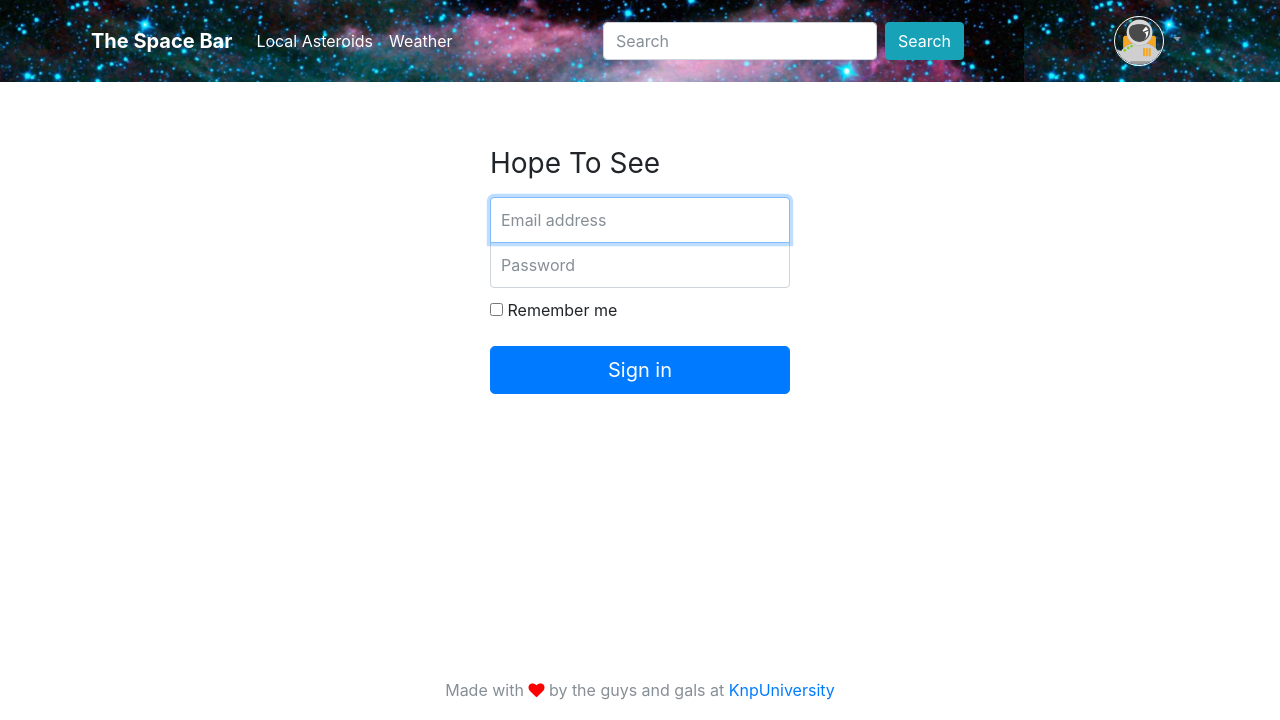
Repository: Ebrahim1820/symfony
Page: templates/security/logout.html.twig
An editor plug-in stored every save of this project. The page is shown before and after a run of saves, followed by the edit.
The browser window is 1280 px wide. The pictures show the whole page.
Some web libraries are served in a nearby version. The page is a Twig template of a Symfony application; nobody is signed in and links lead nowhere. The template is opened directly, without the code that normally fills it, so the values that code supplies are empty.

Above is the page before, as saved 2024-01-31 18:01:46.

After the next 2 saves:
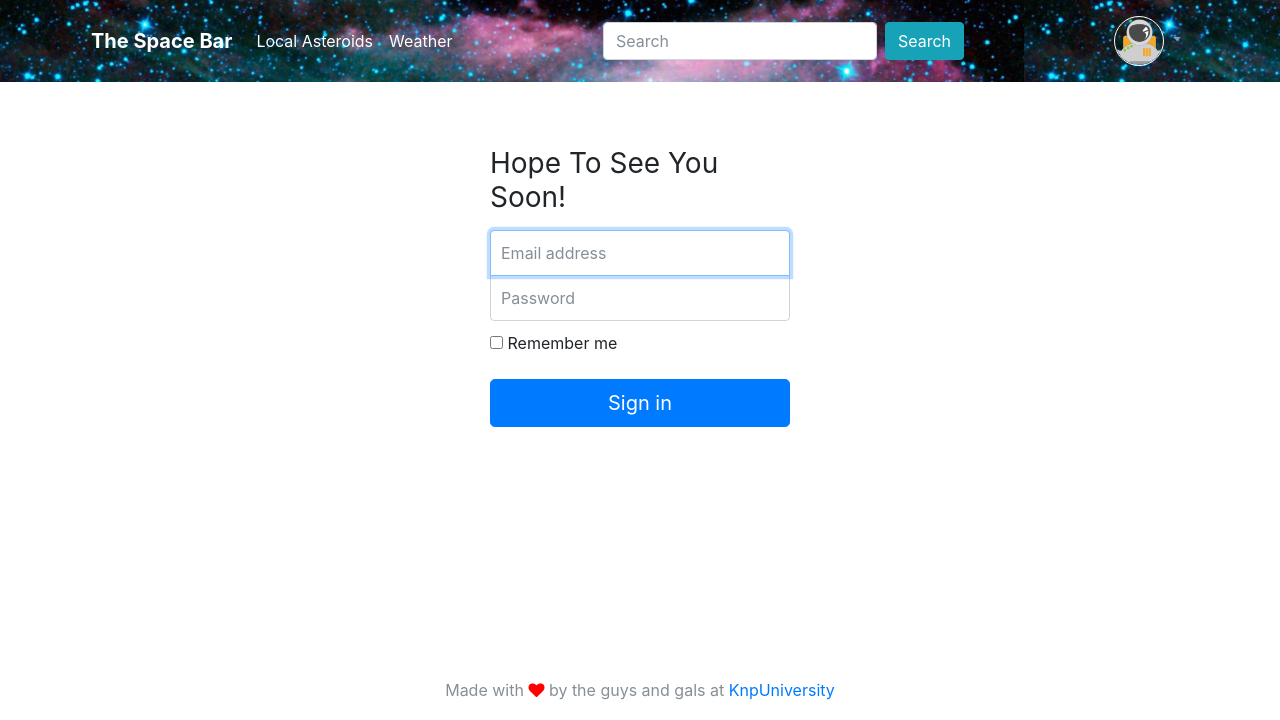
The 2 saves are shown as one change because they came seconds apart.
The last was saved 6 s later.
--- a/templates/security/logout.html.twig
+++ b/templates/security/logout.html.twig
@@ -16,7 +16,7 @@
 
  <form class="form-signin" method="post">
 
-        <h1 class="h3 mb-3 font-weight-normal">Hope To See  </h1>
+        <h1 class="h3 mb-3 font-weight-normal">Hope To See You Soon! </h1>
         <label for="inputEmail" class="sr-only">Email address</label>
         <input type="email" name="email" id="inputEmail" class="form-control" placeholder="Email address" required autofocus>
         <label for="inputPassword" class="sr-only">Password</label>
